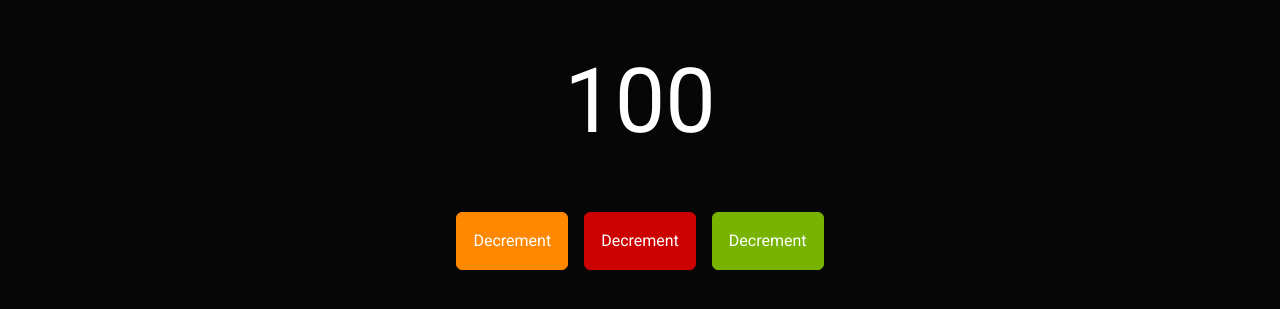
Repository: Afraz13/Emoboo
Page: /
These files come from the project's save history. The page is drawn as it stood at one moment and after a run of saves; the edit follows.
The browser window is 1280 px wide. The pictures show the whole page.
The project was rebuilt for these pictures with package versions that can differ from the ones it lists, and the page was loaded fresh each time. Also part of the build but not shown: src/App.css.

Above is the page before, as saved 2024-08-15 12:29:22.

### src/index.js
import React from 'react';
import ReactDOM from 'react-dom/client';
import './index.css';
import App from './App';
import '../src/bootstrap.min (5).css'


const root = ReactDOM.createRoot(document.getElementById('root'));
root.render(
  <React.StrictMode>
    <App />
  </React.StrictMode>
);

### src/App.js

import './App.css';
import Counter from './compontent/Counter'

function App() {
  return (
    <div className="App">

      <Counter/>
    </div>
  );
}

export default App;

### src/compontent/Counter.jsx
import React from 'react'

function Counter() {
  return (
    <div className='d-flex justify-content-center align-items-center w-100 flex-column mt-5'>
        <h1 style={{fontSize:'90px'}}>100</h1>
        <div className='mt-5'>
            <button className='btn btn-warning p-3'>Decrement</button>
            <button className='btn btn-danger p-3 ms-3'>Decrement</button>
            <button className='btn btn-success p-3 ms-3'>Decrement</button>

        </div>

    </div>
  )
}

export default Counter

Loaded but not shown: public/index.html (common file); src/index.css (common file); src/bootstrap.min (5).css (library)

After the next 3 saves:
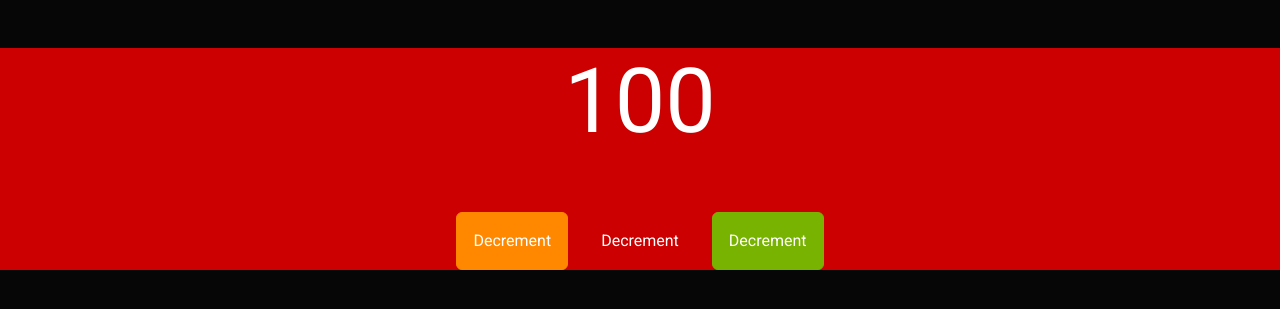
The 3 saves are shown as one change because they came seconds apart.
The last was saved 46 s later.
--- a/src/compontent/Counter.jsx
+++ b/src/compontent/Counter.jsx
@@ -2,7 +2,7 @@
 
 function Counter() {
   return (
-    <div className='d-flex justify-content-center align-items-center w-100 flex-column mt-5'>
+    <div className='d-flex justify-content-center align-items-center w-100 flex-column mt-5 bg-danger'>
         <h1 style={{fontSize:'90px'}}>100</h1>
         <div className='mt-5'>
             <button className='btn btn-warning p-3'>Decrement</button>

After the save that followed:
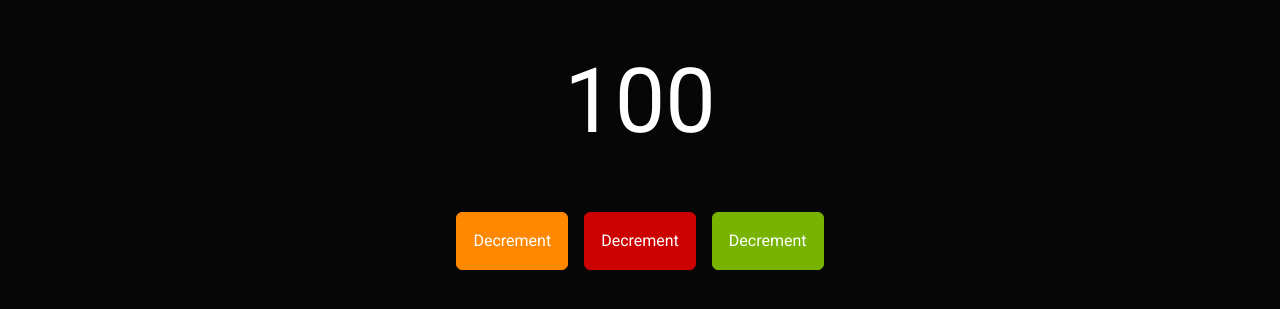
Saved 19 s later.
--- a/src/compontent/Counter.jsx
+++ b/src/compontent/Counter.jsx
@@ -2,7 +2,7 @@
 
 function Counter() {
   return (
-    <div className='d-flex justify-content-center align-items-center w-100 flex-column mt-5 bg-danger'>
+    <div className='d-flex justify-content-center align-items-center w-100 flex-column mt-5 '>
         <h1 style={{fontSize:'90px'}}>100</h1>
         <div className='mt-5'>
             <button className='btn btn-warning p-3'>Decrement</button>
